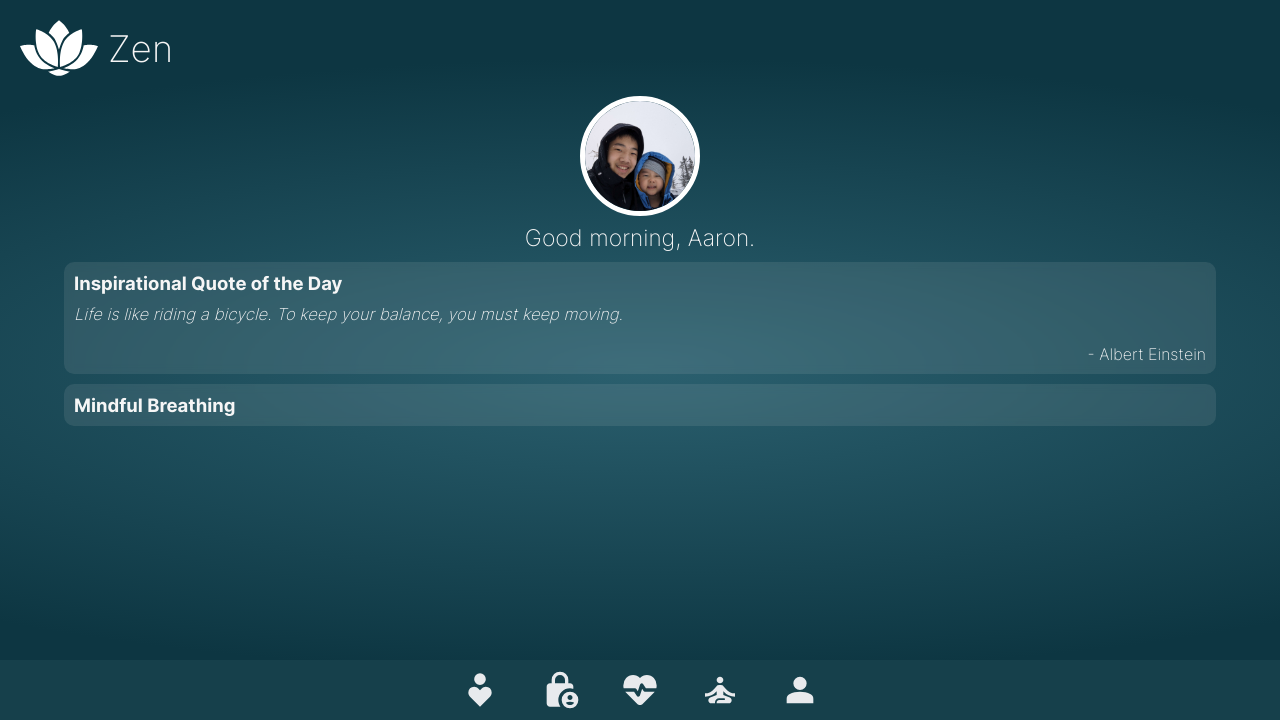
Repository: aaronw-dev/Zen
Page: mindful_dashboard.html
An editor plug-in stored every save of this project. The page is shown before and after a run of saves, followed by the edit.
The browser window is 1280 px wide. The pictures show the whole page.

Above is the page before, as saved 2024-06-08 14:41:23.

After the next 2 saves:
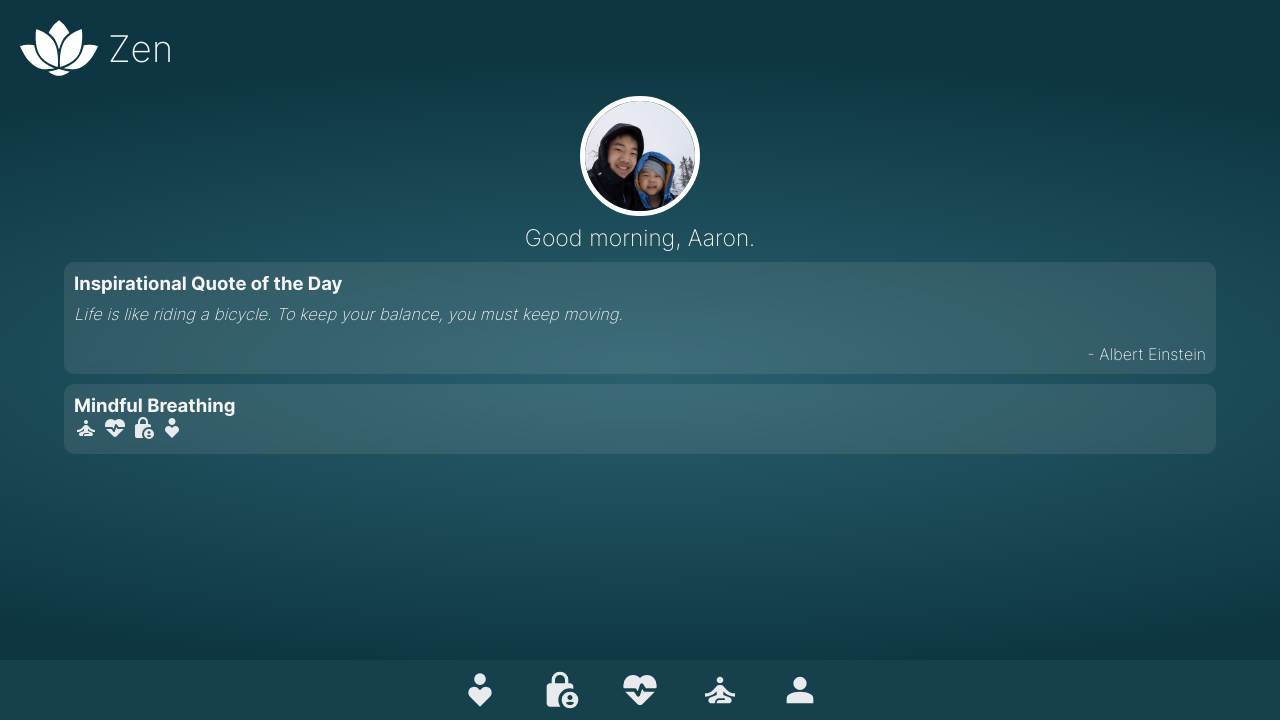
The 2 saves are shown as one change because they came seconds apart.
The last was saved 6 s later.
--- a/mindful_dashboard.html
+++ b/mindful_dashboard.html
@@ -29,7 +29,10 @@
         <div class="zen-block">
             <h1 class="zen-block-title">Mindful Breathing</h1>
             <div class="mindful-actions">
-
+                <img src="../static/icons/meditate.svg">
+                <img src="../static/icons/crisis.svg">
+                <img src="../static/icons/journal.svg">
+                <img src="../static/icons/counselling.svg">
             </div>
         </div>
     </div>
